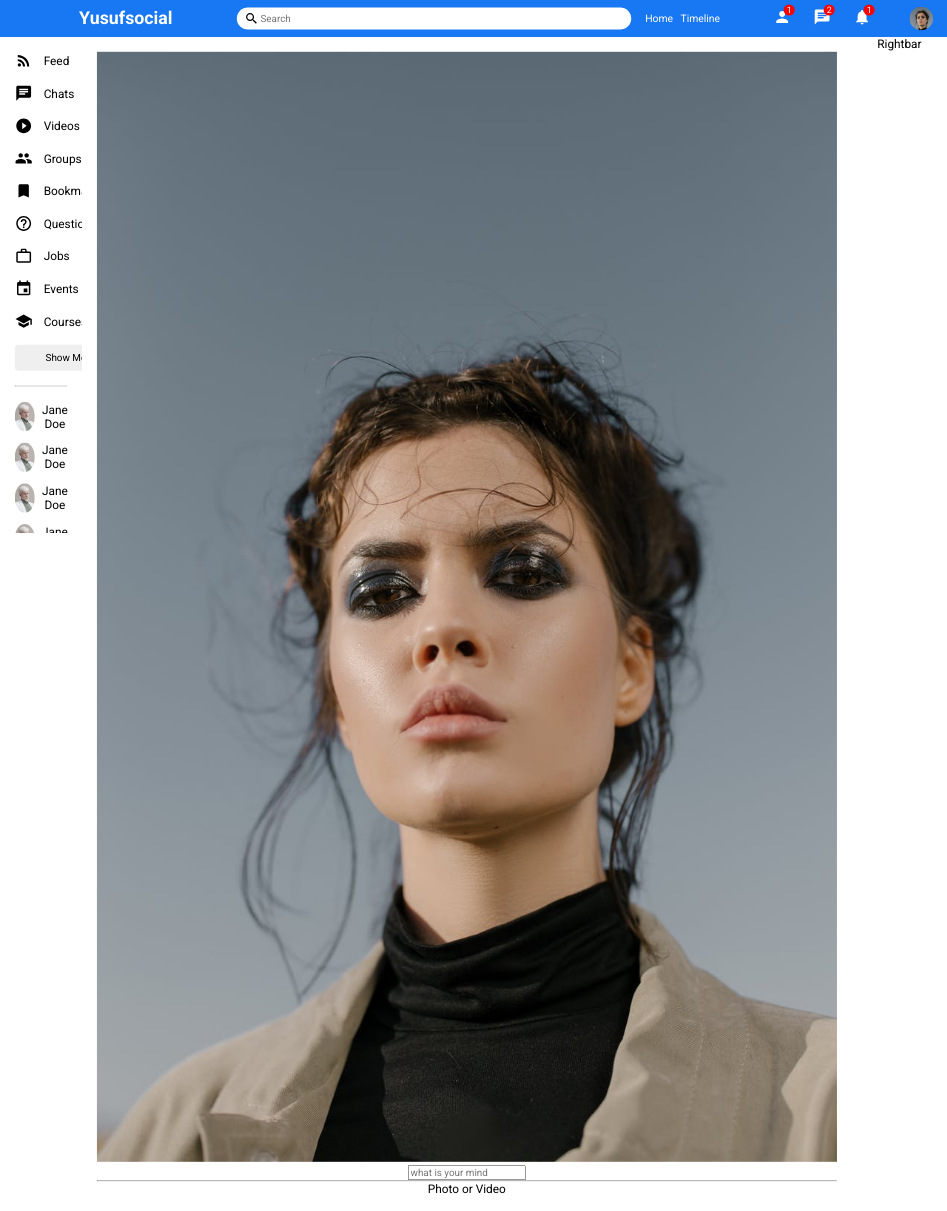
Repository: sevilgenysf/socialmediaapp
Page: /
An editor plug-in stored every save of this project. The page is shown before and after a run of saves, followed by the edit.
The browser window is 1280 px wide. The pictures show the whole page, at 74% of full size.
The project was rebuilt for these pictures with package versions that can differ from the ones it lists, and the page was loaded fresh each time. Also part of the build but not shown: src/components/share/share.css.

Above is the page before, as saved 2022-02-16 21:59:34.

After the next 2 saves:
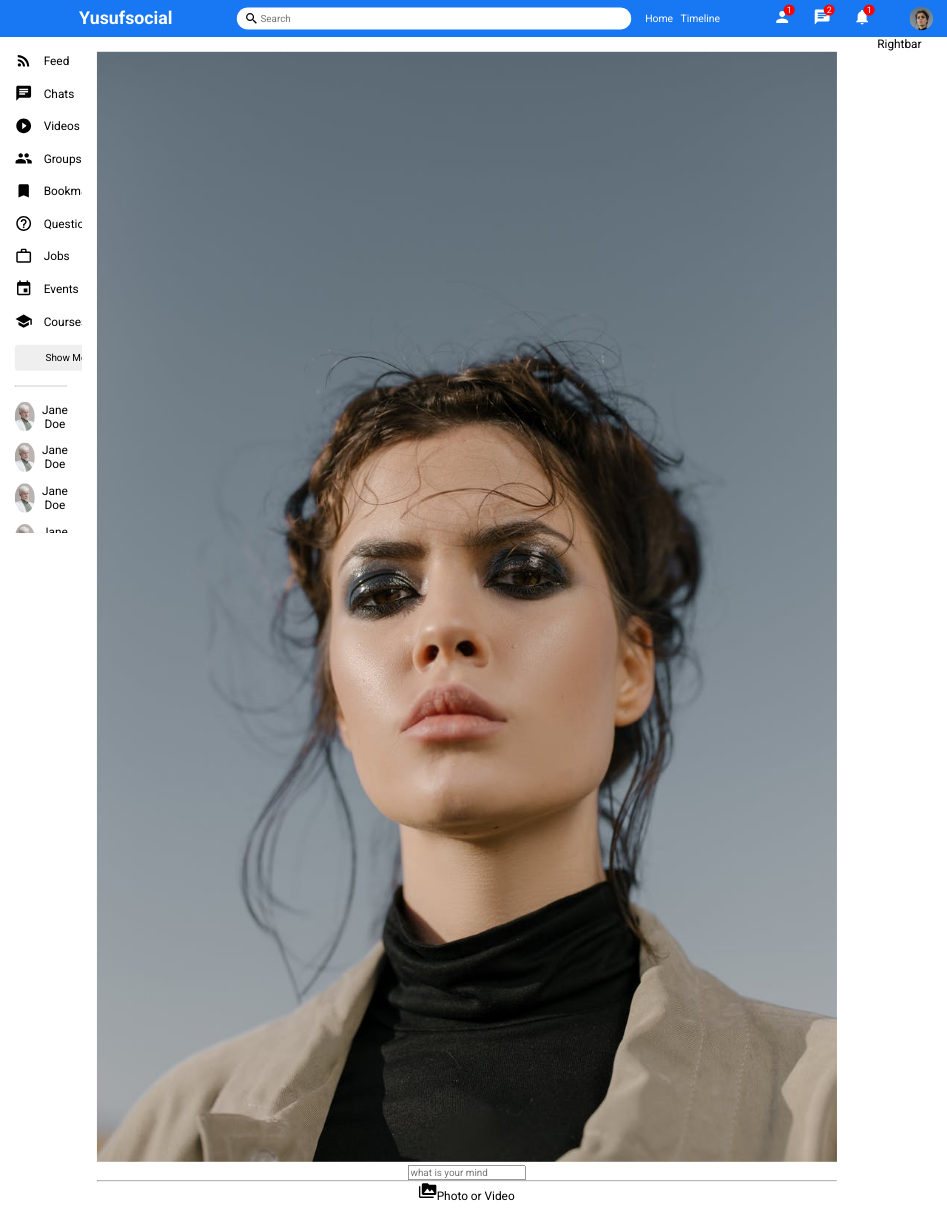
The 2 saves are shown as one change because 1 did not build or start.
The last was saved 82 s later.
--- a/src/components/share/Share.jsx
+++ b/src/components/share/Share.jsx
@@ -1,5 +1,6 @@
 import React from 'react';
 import './share.css';
+import { PermMedia } from '@mui/icons-material';
 
 const Share = () => {
 	return (
@@ -17,6 +18,7 @@ const Share = () => {
 				<div className="shareBottom">
 					<div className="shareOptions">
 						<div className="shareOption">
+							<PermMedia className="shareIcon" />
 							<span className="shareOptionText">Photo or Video</span>
 						</div>
 					</div>
